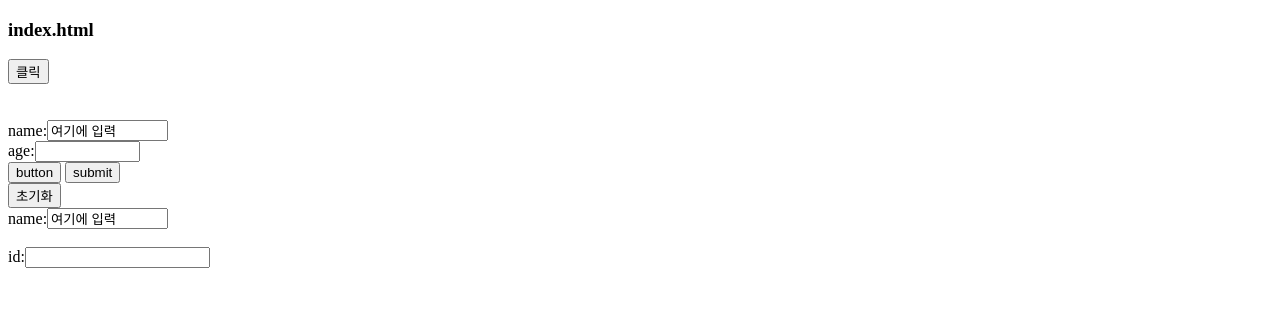
Repository: Jv2020/bitcamp
Page: html/sample04/WebContent/index.html
An editor plug-in stored every save of this project. The page is shown before and after the next save, followed by the edit.
The browser window is 1280 px wide. The pictures show the whole page.

Above is the page before, as saved 2020-01-03 02:14:52.

### html/sample04/WebContent/index.html
<!DOCTYPE html>
<html>
<head>
<meta charset="UTF-8">
<title>Insert title here</title>
</head>
<body>

<!--
	link -> anchor <a href="이동하고 싶은 파일 또는 URL">표시문자열 이미지</a>
-->

<!--

form
event resource와 같이 많이 사용.
입력데이터 등을 전송할 수 있다.

	id		: # 현재 페이지에서 1개만 인식 (중복x), JacaScript(=JQery)
	class	: . 다중 인식. CSS()
	name	: link용. 값을 전송. 변수의 역할

-->


<!--

<form action="이동하고 싶은 파일 또는 주소 or 파일명"> submit
	입력 리소스
	<input type="submit" value="클릭">
</form>

-->
<h3>index.html</h3>
<form action="NewFile.html">
	<input type="submit" value="클릭">
</form>

<br><br>

<!--
	input : button(submit), checkbox, radio, textfield ...
-->
<form action="NewFile.html">
   name:<input type="text" value="여기에 입력" size="12">
   <br>
   age:<input type="text" value="" size="10">
   <br>
   <input type="submit" value="button">
   <input type="submit" value="submit">
   <br>
   <input type="reset" value="초기화">
</form>

name:<input type="text" value="여기에 입력" size="12">

<br><br>

<form action="NewFile.jsp">
	id:<input type="text" name="id">
</form>


</body>
</html>

After the next save:
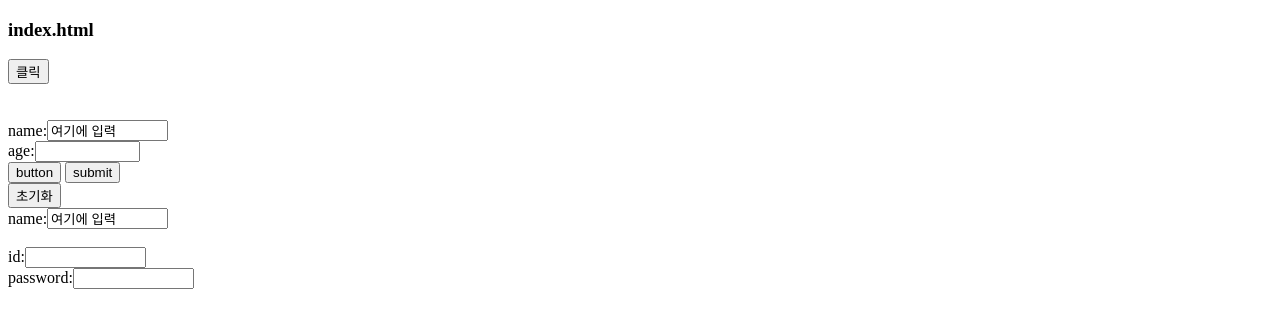
Saved 50 s later.
--- a/html/sample04/WebContent/index.html
+++ b/html/sample04/WebContent/index.html
@@ -57,7 +57,9 @@ name:<input type="text" value="여기에 입력" size="12">
 <br><br>
 
 <form action="NewFile.jsp">
-	id:<input type="text" name="id">
+	id:<input type="text" name="id" value="" size="12"><br>
+	password:<input type = "password" name="pwd" size="12"><br>
+
 </form>
 
 
